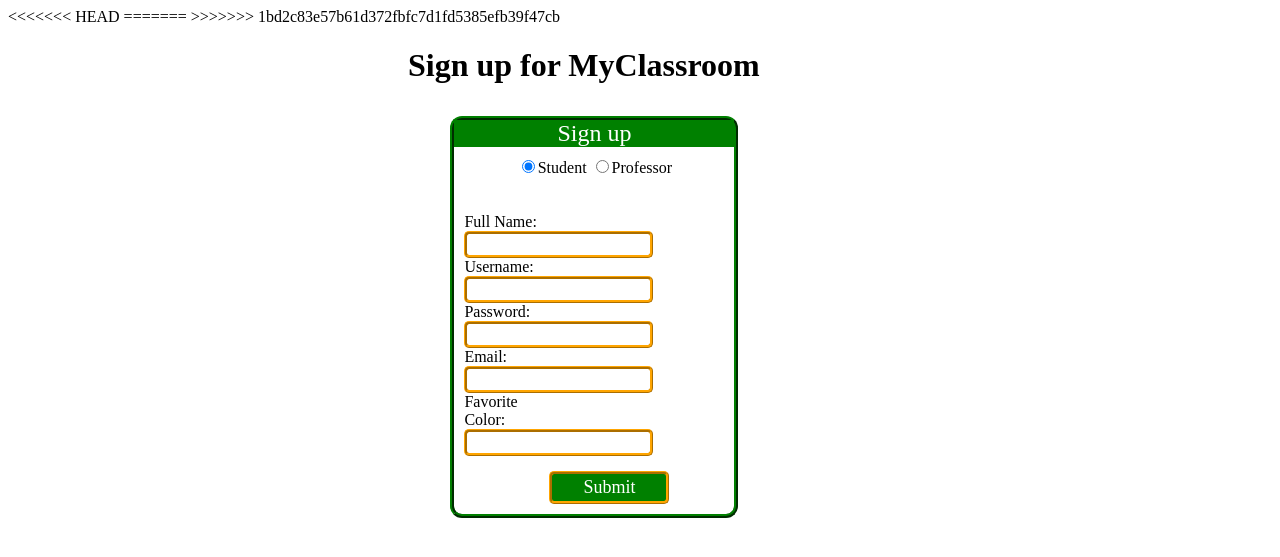
Repository: GreenKnight15/4382finalproject
Page: views/signup.html
The author's editor kept a record of every edit. The page is drawn from the files as they stood at one moment, then again after the next edit.
The browser window is 1280 px wide. The pictures show the whole page.

Above is the page before.

### views/signup.html
<!doctype html>
<html>
    <head>
        <title>MyClassRoom</title>
        <link rel="stylesheet" href="../static/css/style.css" type="text/css" />
<<<<<<< HEAD

        <script type="text/javascript">
            function professorCheck() {
                if (document.getElementById('profCheck').checked) {
                document.getElementById('adminPass').style.display = 'block';
                    }
                else document.getElementById('adminPass').style.display = 'none';
                }
        </script>
=======
>>>>>>> 1bd2c83e57b61d372fbfc7d1fd5385efb39f47cb
    </head>
    <body>
        <h1>Sign up for MyClassroom</h1>
        <div class="form-container">
            <p class='form-header'>Sign up</p>
            <form method='POST'>
                <div class = radios align = "center">
                <input type="Radio" name="role" value="Student" onclick="javascript:professorCheck();" id="studCheck" checked>Student</input>
                <input type="Radio" name="role" value="Professor" onclick="javascript:professorCheck();" id="profCheck" >Professor</input>
                </div>
                <br>
                <div id = "adminPass" style="display:none">
                    Admin Pass: <input type='text' id= 'adminPass' name= 'adminPass'>
                </div>
                <br>
                <label>Full Name:</label>
                    <input type="text" name="name"/><br>
                <label>Username:</label>
                    <input type="text" name="username"/><br>
                <label>Password:</label>
                    <input type="text" name="password"/><br>
                <label>Email:</label>
                    <input type="text" name="email"/><br>
                <label>Favorite Color:</label>
                    <input type="text" name="color"/><br>
                <input type="submit" name="Register"/>
            </form>
        </div>

    </body>
</html>

### static/css/style.css
div.form-container{
    display: inline-block;
    border:4px ridge green;
    width:280px;
    border-radius:12px;
    margin-left: 35%;
    margin-top: 10px;
}

p.form-header{
    margin:0px;
    font:24px bold;
    color: white;
    background:green;
    text-align:center;
}

form{
    margin:10px;
}

label{width:80px; display:inline-block;}

input{
    border: 3px ridge orange;
    border-radius:5px;
    padding:3px;
}

input[type=submit]{
    font:18px bold;
    width:120px;
    color: white;
    background:green;
    margin-top:15px;
    margin-left:85px;
}
h1{
    margin-left: 400px;
}

After the next edit:
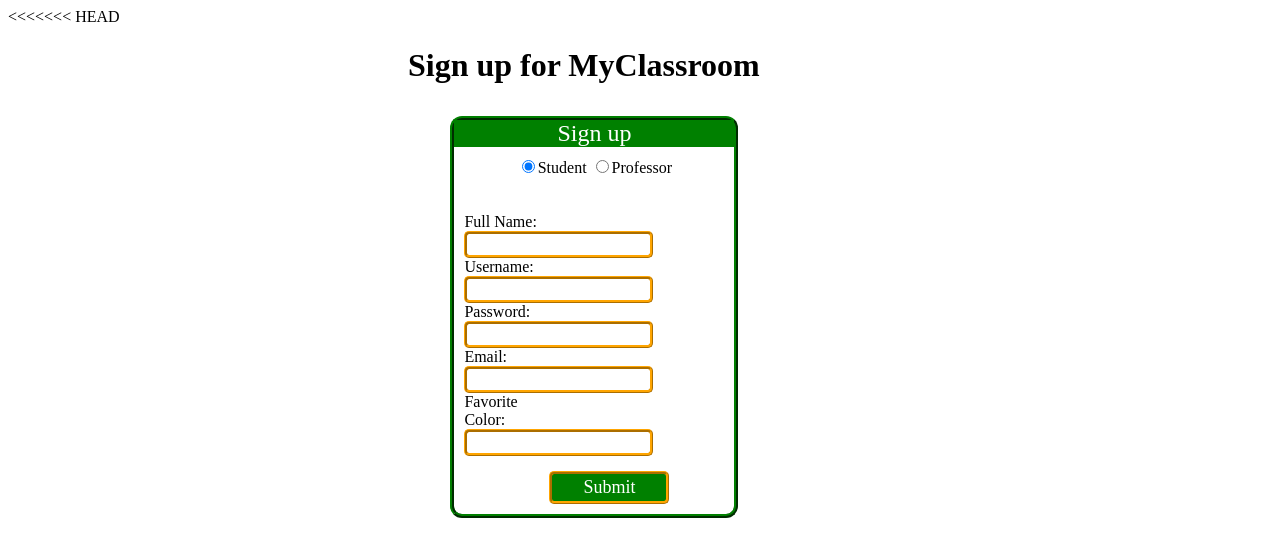
The edit:
--- a/views/signup.html
+++ b/views/signup.html
@@ -13,8 +13,6 @@
                 else document.getElementById('adminPass').style.display = 'none';
                 }
         </script>
-=======
->>>>>>> 1bd2c83e57b61d372fbfc7d1fd5385efb39f47cb
     </head>
     <body>
         <h1>Sign up for MyClassroom</h1>
